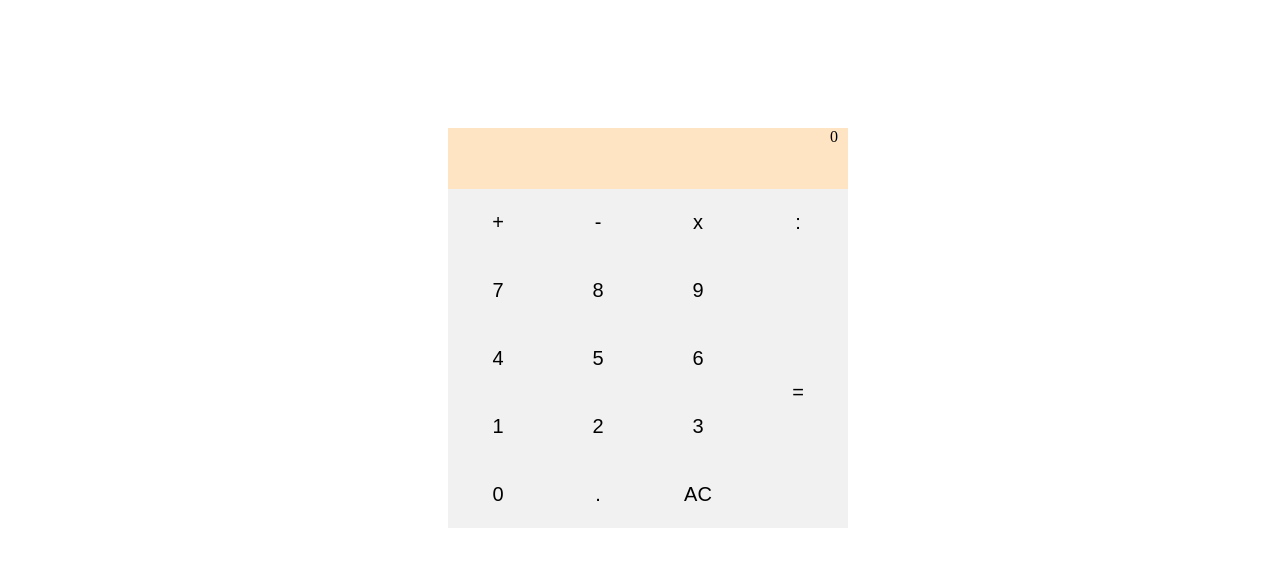
Repository: CryptoFamilyNFT/develhope
Page: css/Grid 2/calculator.html
These files come from the project's save history. The page is drawn as it stood at one moment and after the next save; the edit follows.
The browser window is 1280 px wide. The page is 1288 px wide, so the pictures cover 1288 px, including what lies to the right of the window. The pictures show the whole page.

Above is the page before, as saved 2024-11-18 09:15:29.

### css/Grid 2/calculator.html
<!DOCTYPE html>
<html lang="en">

<head>
    <meta charset="UTF-8">
    <meta name="viewport" content="width=device-width, initial-scale=1.0">
    <title>Document</title>
    <link rel="stylesheet" href="calculator.css">
</head>

<body>
    <div class="container">
        <div class="result span-4">
            0
        </div>
        <button class="button span-1">+</button>
        <button class="button span-1">-</button>
        <button class="button span-1">x</button>
        <button class="button span-1">:</button>
        <button class="button span-1">7</button>
        <button class="button span-1">8</button>
        <button class="button span-1">9</button>
        <button class="button span-1 row-4">=</button>
        <button class="button span-1">4</button>
        <button class="button span-1">5</button>
        <button class="button span-1">6</button>
        <button class="button span-1">1</button>
        <button class="button span-1">2</button>
        <button class="button span-1">3</button>
        <button class="button span-1">0</button>
        <button class="button span-1">.</button>
        <button class="button span-1">AC</button>
    </div>
</body>

</html>

### css/Grid 2/calculator.css
body {
    width: 100%;
    height: 100%;
    margin-top: 10%;
    display: flex;
    justify-content: center;
    align-items: center;
}

.container {
    height: 400px;
    width: 400px;
    background-color: bisque;
    display: grid;
    grid-template-columns: repeat(4, 1fr);
}

.result {
    display: flex;
    grid-column: 1 / span 4;
    justify-content: flex-end;
    padding-right: 10px;
}

.span-1 {
    grid-column: span 1;
}


.span-2 {
    grid-column: span 2;
}

.span-3 {
    grid-column: span 3;
}

.row-4 {
    grid-row: span 4;
}

button {
    border: none;
    background-color: #f1f1f1;
    font-size: 20px;
    cursor: pointer;
}

button:hover {
    background-color: #e7e7e7;
}

button:active {
    background-color: #d9d9d9;
}

button:focus {
    outline: none;
}

After the next save:
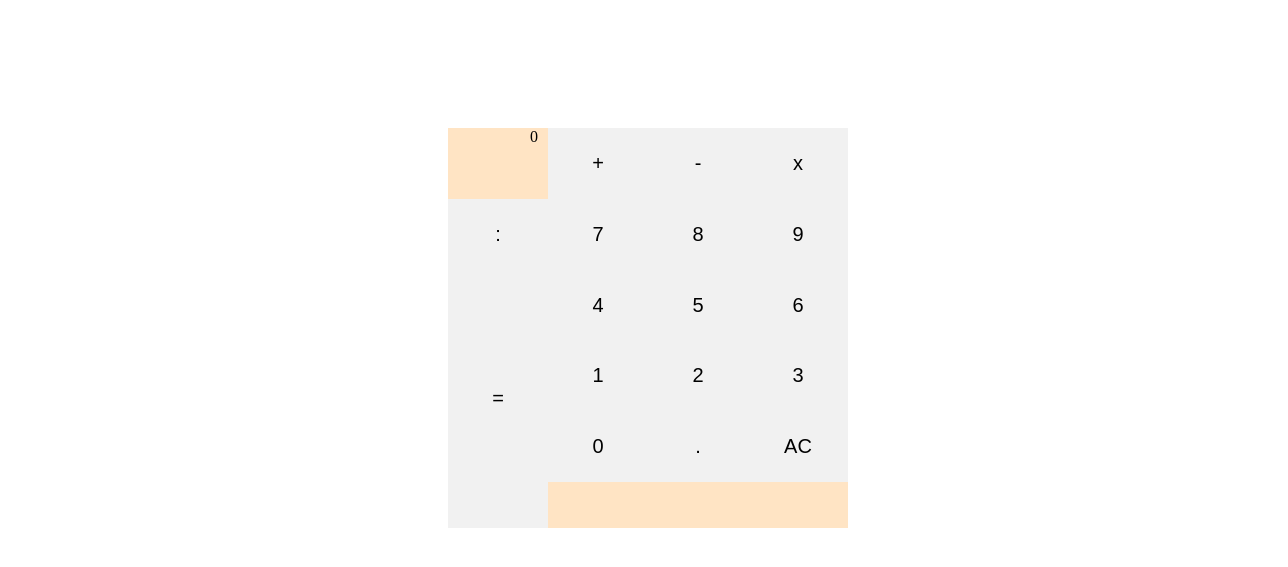
Saved 10 s later.
--- a/css/Grid 2/calculator.css
+++ b/css/Grid 2/calculator.css
@@ -17,7 +17,7 @@ body {
 
 .result {
     display: flex;
-    grid-column: 1 / span 4;
+    grid-column: 1;
     justify-content: flex-end;
     padding-right: 10px;
 }

After the save that followed:
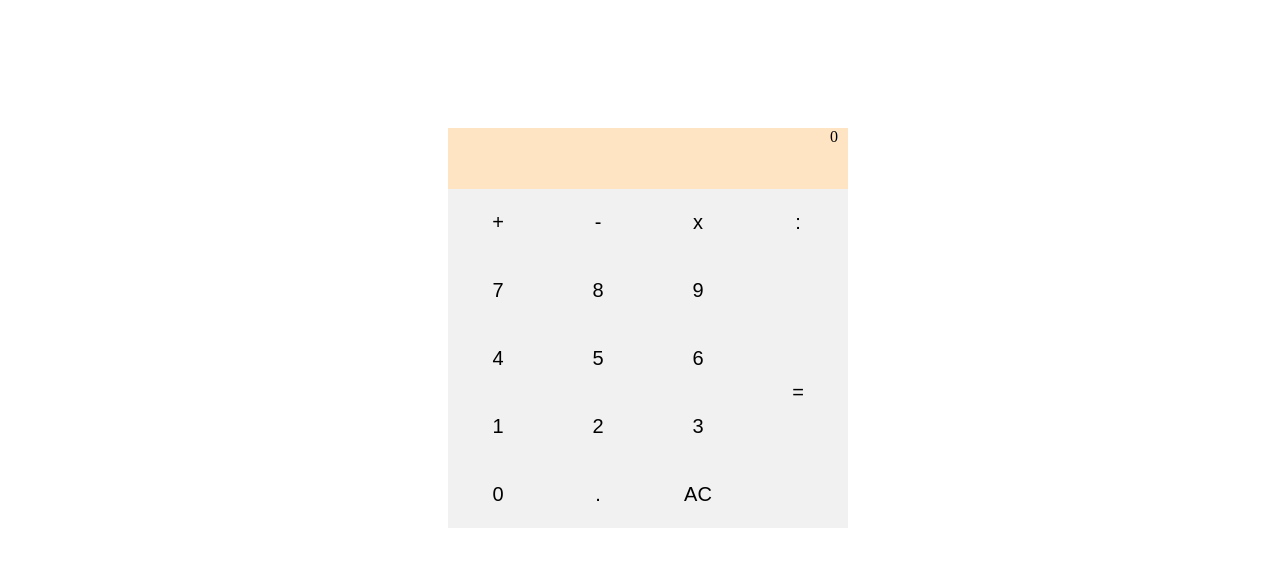
Saved 15 s later.
--- a/css/Grid 2/calculator.css
+++ b/css/Grid 2/calculator.css
@@ -35,6 +35,9 @@ body {
     grid-column: span 3;
 }
 
+.span-4 {
+    grid-column: span 4;
+}
 .row-4 {
     grid-row: span 4;
 }
